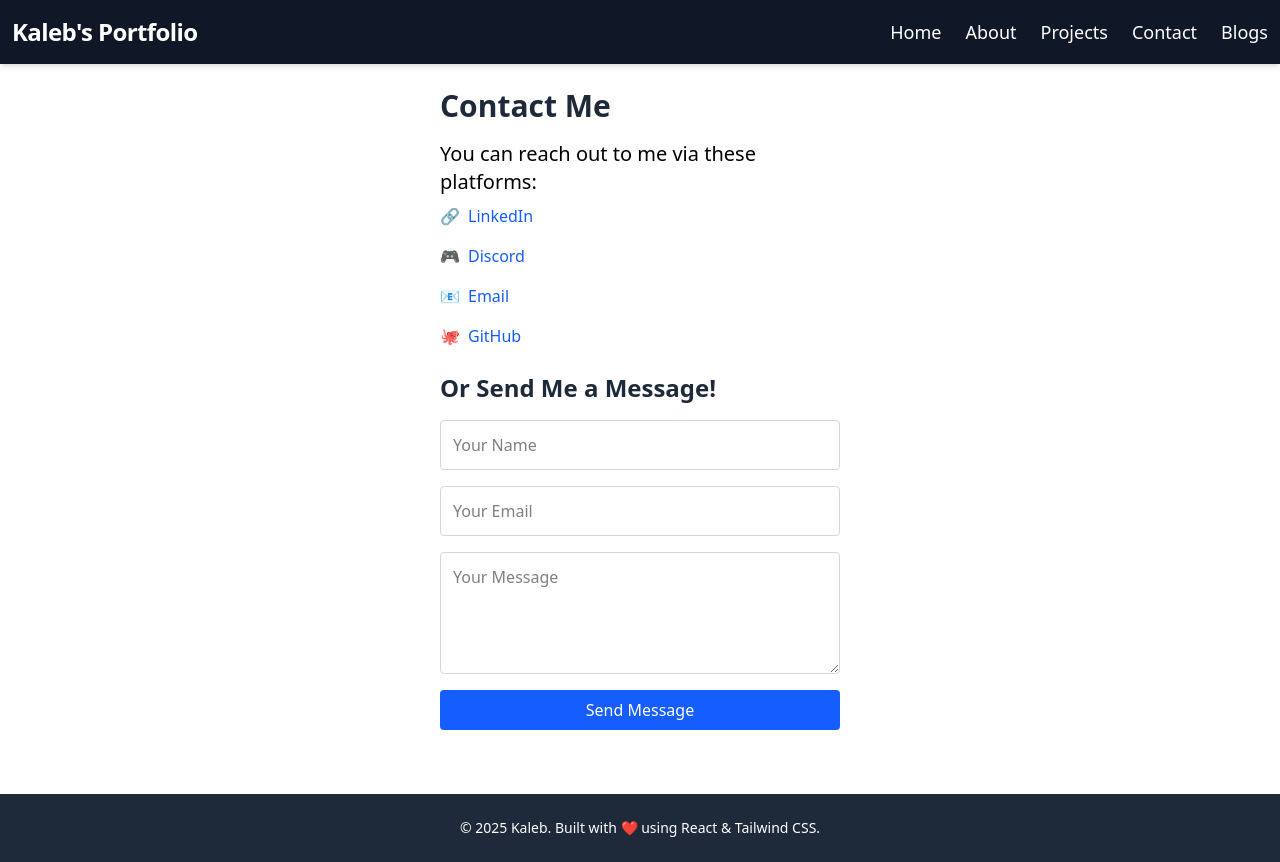
Repository: KalebMalone/portfolio-site
Page: /contact
An editor plug-in stored every save of this project. The page is shown before and after the next save, followed by the edit.
The browser window is 1280 px wide. The pictures show the whole page.
The project was rebuilt for these pictures with package versions that can differ from the ones it lists, and the page was loaded fresh each time. Also part of the build but not shown: vite.config.js, src/pages/Home.jsx, src/pages/About.jsx, src/pages/Projects.jsx, src/pages/Blogs.jsx.

Above is the page before, as saved 2025-04-23 17:34:14.

### src/App.jsx
import { BrowserRouter as Router, Routes, Route } from 'react-router-dom';
import Header from './components/Header';
import Footer from './components/Footer';

import Home from './pages/Home';
import About from './pages/About';
import Projects from './pages/Projects';
import Contact from './pages/Contact';
import Blogs from './pages/Blogs'; // Import Blogs page

function App() {
  return (
    <Router>
      <div className="flex flex-col min-h-screen">
        <Header />

        <main className="flex-grow">
          <Routes>
            <Route path="/" element={<Home />} />
            <Route path="/about" element={<About />} />
            <Route path="/projects" element={<Projects />} />
            <Route path="/contact" element={<Contact />} />
            <Route path="/blogs" element={<Blogs />} /> {/* Add route for Blogs */}
          </Routes>
        </main>

        <Footer />
      </div>
    </Router>
  );
}

export default App;

### src/index.css
@import 'tailwindcss';  /* Or use the Tailwind directives below */

/* Or alternatively, use these Tailwind directives directly in your CSS */
@tailwind base;
@tailwind components;
@tailwind utilities;

### src/components/Header.jsx
import { Link } from 'react-router-dom';

const Header = () => {
    return (
        <header className="bg-gray-900 text-white shadow-md py-4">
            <nav className="max-w-9xl mx-auto flex justify-between items-center px-3">
                {/* Logo/Brand Name (Left-aligned) */}
                <h1 className="text-2xl font-bold tracking-tight">Kaleb's Portfolio</h1>

                {/* Navigation Links (Right-aligned) */}
                <ul className="flex space-x-6 text-lg"> {/* Reduced space between items */}
                    {['Home', 'About', 'Projects', 'Contact', 'Blogs'].map((page) => ( // Add Blogs here
                        <li key={page}>
                            <Link
                                to={`/${page.toLowerCase() === 'home' ? '' : page.toLowerCase()}`}
                                className="hover:text-blue-400 transition-colors duration-200"
                            >
                                {page}
                            </Link>
                        </li>
                    ))}
                </ul>
            </nav>
        </header>
    );
};

export default Header;

### src/components/Footer.jsx
const Footer = () => {
    return (
        <footer className="bg-gray-800 text-white text-center py-6 mt-10">
            <p className="text-sm">© {new Date().getFullYear()} Kaleb. Built with ❤️ using React & Tailwind CSS.</p>
        </footer>
    );
};

export default Footer;

### src/pages/Contact.jsx
import React from 'react';

const Contact = () => {
    return (
        <section className="p-6 max-w-md mx-auto">
            <h2 className="text-3xl font-bold mb-4 text-gray-800">Contact Me</h2>

            {/* Contact Information */}
            <div className="mb-6">
                <p className="text-xl mb-2">You can reach out to me via these platforms:</p>
                <ul className="space-y-4">
                    <li>
                        <a
                            href="https://www.linkedin.com/in/kalebmalone/"
                            target="_blank"
                            rel="noopener noreferrer"
                            className="flex items-center text-blue-600 hover:text-blue-800 transition-colors"
                        >
                            <span role="img" aria-label="LinkedIn" className="mr-2">🔗</span>
                            LinkedIn
                        </a>
                    </li>
                    <li>
                        <a
                            href="https://discord.com/users/kaleb7771"
                            target="_blank"
                            rel="noopener noreferrer"
                            className="flex items-center text-blue-600 hover:text-blue-800 transition-colors"
                        >
                            <span role="img" aria-label="Discord" className="mr-2">🎮</span>
                            Discord
                        </a>
                    </li>
                    <li>
                        <a
                            href="mailto:kalebmalone7@gmail.com"
                            className="flex items-center text-blue-600 hover:text-blue-800 transition-colors"
                        >
                            <span role="img" aria-label="Email" className="mr-2">📧</span>
                            Email
                        </a>
                    </li>
                    <li>
                        <a
                            href="https://github.com/kalebmalone"
                            target="_blank"
                            rel="noopener noreferrer"
                            className="flex items-center text-blue-600 hover:text-blue-800 transition-colors"
                        >
                            <span role="img" aria-label="GitHub" className="mr-2">🐙</span>
                            GitHub
                        </a>
                    </li>
                </ul>
            </div>

            {/* Form Section */}
            <h3 className="text-2xl font-semibold text-gray-800 mb-4">Or Send Me a Message!</h3>
            <form className="flex flex-col gap-4">
                <input
                    type="text"
                    placeholder="Your Name"
                    className="p-3 border border-gray-300 rounded focus:ring-2 focus:ring-blue-500 outline-none"
                />
                <input
                    type="email"
                    placeholder="Your Email"
                    className="p-3 border border-gray-300 rounded focus:ring-2 focus:ring-blue-500 outline-none"
                />
                <textarea
                    rows="4"
                    placeholder="Your Message"
                    className="p-3 border border-gray-300 rounded focus:ring-2 focus:ring-blue-500 outline-none"
                ></textarea>
                <button className="bg-blue-600 text-white py-2 rounded hover:bg-blue-700 transition">
                    Send Message
                </button>
            </form>
        </section>
    );
};

export default Contact;

Loaded but not shown: index.html (common file); src/main.jsx (common file)

After the next save:
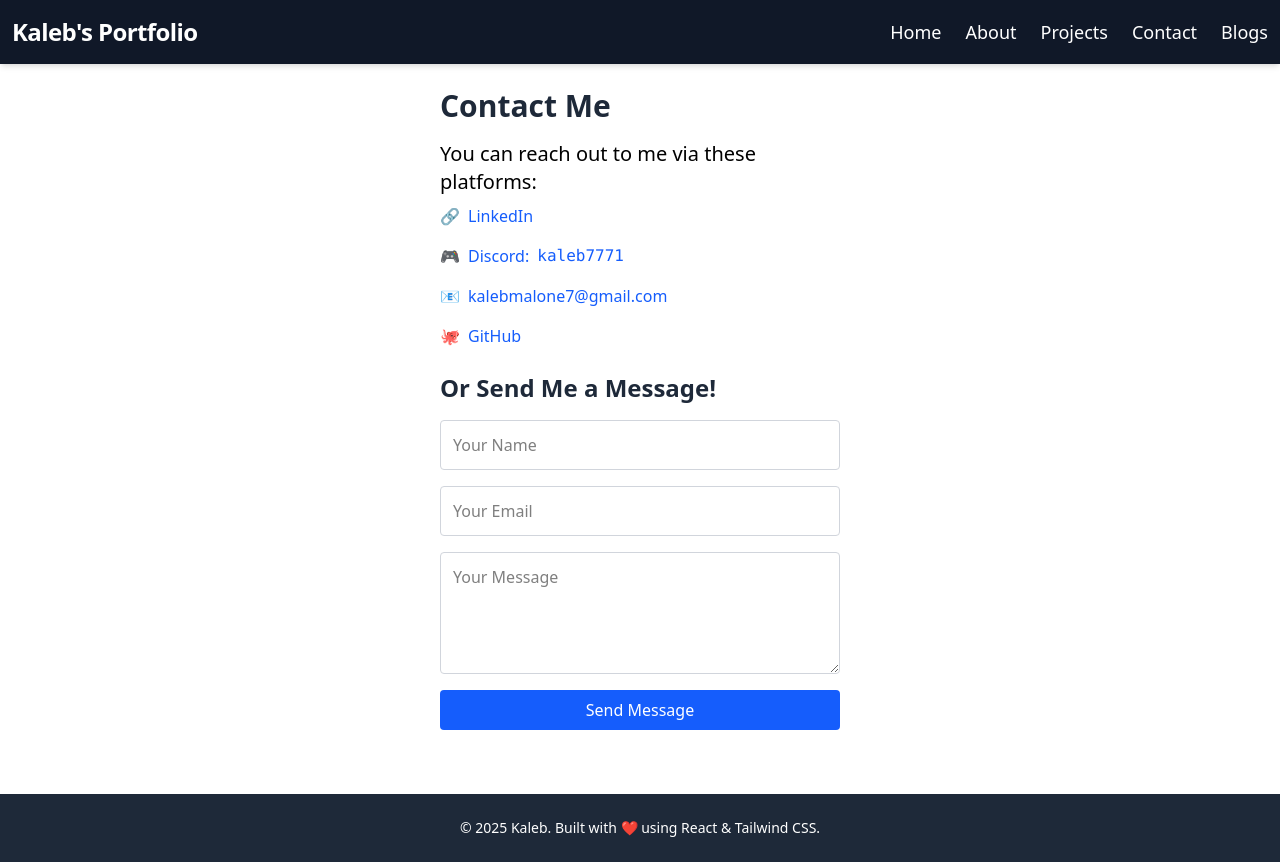
Saved 115 s later.
--- a/src/pages/Contact.jsx
+++ b/src/pages/Contact.jsx
@@ -20,16 +20,9 @@ const Contact = () => {
                             LinkedIn
                         </a>
                     </li>
-                    <li>
-                        <a
-                            href="https://discord.com/users/kaleb7771"
-                            target="_blank"
-                            rel="noopener noreferrer"
-                            className="flex items-center text-blue-600 hover:text-blue-800 transition-colors"
-                        >
-                            <span role="img" aria-label="Discord" className="mr-2">🎮</span>
-                            Discord
-                        </a>
+                    <li className="flex items-center text-blue-600">
+                        <span role="img" aria-label="Discord" className="mr-2">🎮</span>
+                        Discord: <span className="ml-2 font-mono">kaleb7771</span>
                     </li>
                     <li>
                         <a
@@ -37,7 +30,7 @@ const Contact = () => {
                             className="flex items-center text-blue-600 hover:text-blue-800 transition-colors"
                         >
                             <span role="img" aria-label="Email" className="mr-2">📧</span>
-                            Email
+                            kalebmalone7@gmail.com
                         </a>
                     </li>
                     <li>
@@ -54,7 +47,7 @@ const Contact = () => {
                 </ul>
             </div>
 
-            {/* Form Section */}
+            {/* Message Form */}
             <h3 className="text-2xl font-semibold text-gray-800 mb-4">Or Send Me a Message!</h3>
             <form className="flex flex-col gap-4">
                 <input
